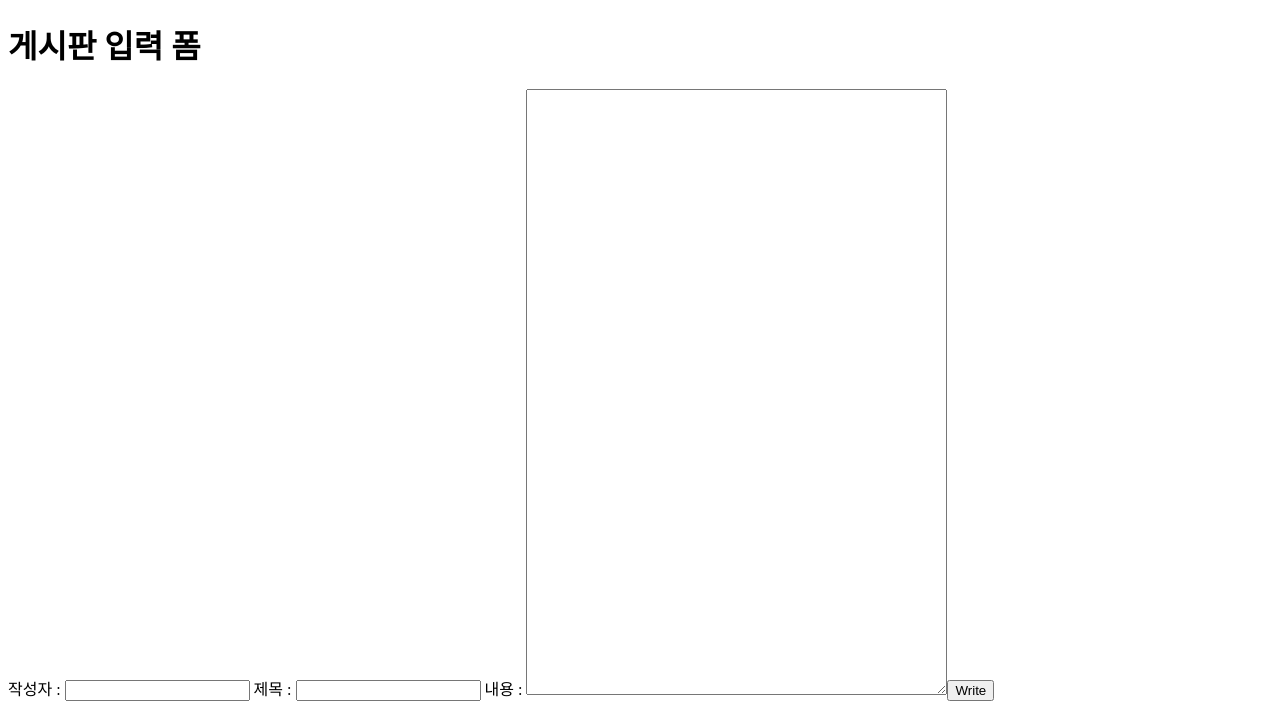
Repository: lbj0314/webTest
Page: Html_2/WebContent/form/form5.html
The author's editor kept a copy of each file at every save. The page is drawn from the files as they stood at one save, then again after the next save.
The browser window is 1280 px wide. The pictures show the whole page.

Above is the page before, as saved 2019-10-15 07:22:45.

After the next save:
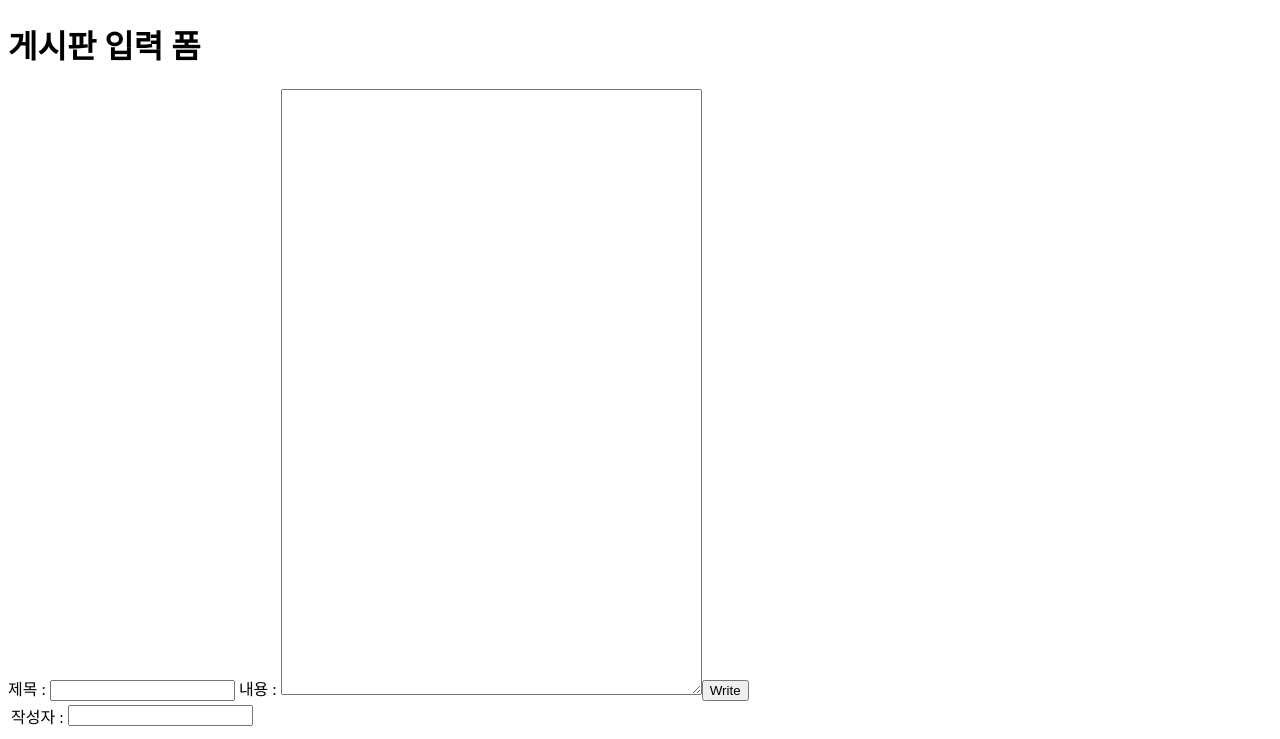
Saved 36 s later.
--- a/Html_2/WebContent/form/form5.html
+++ b/Html_2/WebContent/form/form5.html
@@ -8,7 +8,10 @@
 	<h1>게시판 입력 폼</h1>
 	<form>
 	<table>
-	작성자 : <input type="text">
+	<tr>
+	<td>작성자 :</td>
+	<td> <input type="text"></td>
+	</tr>
 	제목 : <input type="text">
 	내용 : <textarea rows="40" cols="50"></textarea>
 	<input type="submit" value="Write">
